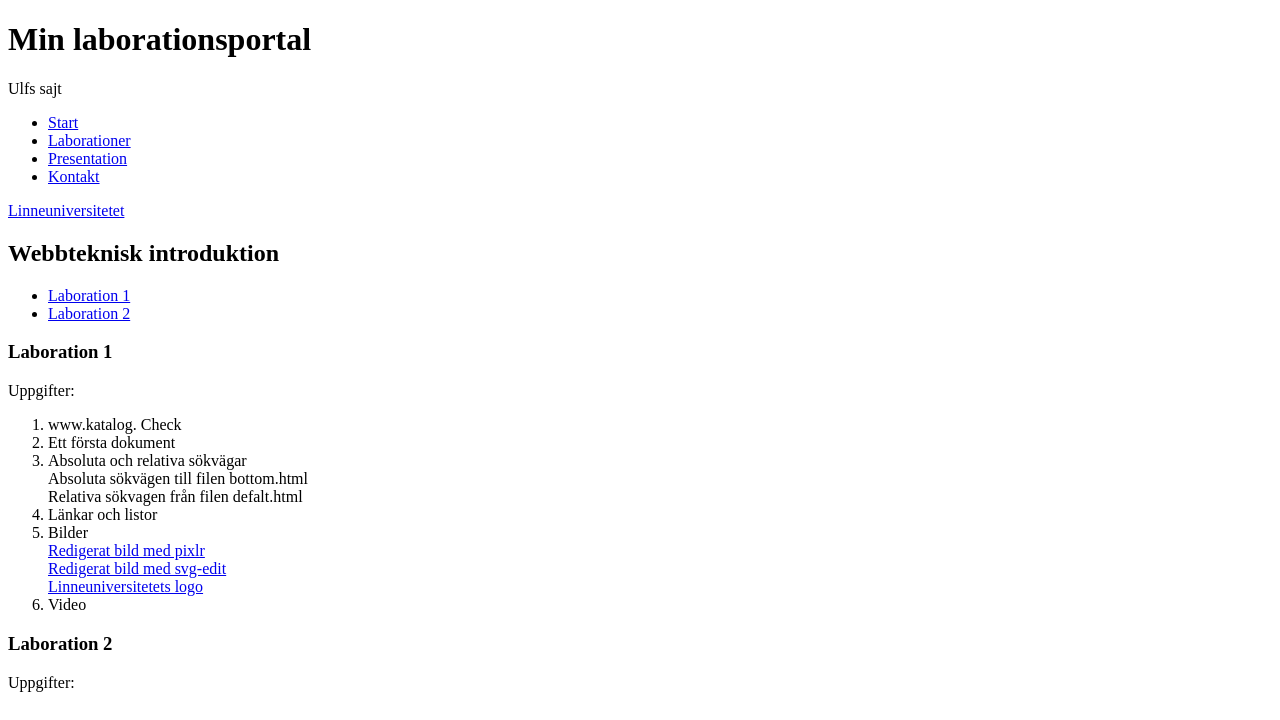
Repository: ulfek/laborationer
Page: pages/laborationer.html
The author's editor kept a record of every edit. The page is drawn from the files as they stood at one moment, then again after the next edit.
The browser window is 1280 px wide. The pictures show the whole page.

Above is the page before.

### pages/laborationer.html
<!doctype html>
    <head>
        <meta charset="utf-8" />
        <title>Laborationer</title>
    </head>
    <body>
        <h1>Min laborationsportal</h1>
        <p>Ulfs sajt</p>
        <ul>
            <li><a href="../index.html">Start</a></li>
            <li><a href="#">Laborationer</a></li>
            <li><a href="presentation.html">Presentation</a></li>
            <li><a href="kontakt.html">Kontakt</a></li>
        </ul>
        <a href="laborationer.html#linneuniversitetet">Linneuniversitetet</a>
        <h2>Webbteknisk introduktion</h2>
        <ul>
            <li><a href="#lab1">Laboration 1</a></li>
            <li><a href= "#lab2">Laboration 2</a></li>
        </ul>
        <h3 id="lab1">Laboration 1</h3>
        Uppgifter:
        <ol>
            <li>www.katalog. Check</li>
            <li>Ett första dokument</li>
            <li>Absoluta och relativa sökvägar</li>
                <div>Absoluta sökvägen till filen bottom.html</div>
                <div>Relativa sökvagen från filen defalt.html</div>
            <li>Länkar och listor</li>
            <li>Bilder</li>
            <div><a href="http://pixlr.com>">Redigerat bild med pixlr</a></div>
            <div><a href="http://svg-edit.googlecode.com/svn/trunk/editor/svg-editor.html">Redigerat bild med svg-edit</a></div>
            <a href="../pics/logo_linneuniversitetet_test.png">Linneuniversitetets logo</a>
            <li>Video</li>
        </ol>

        <h3 id="lab2">Laboration 2</h3>
        Uppgifter:
    </body>
</html>

After the next edit:
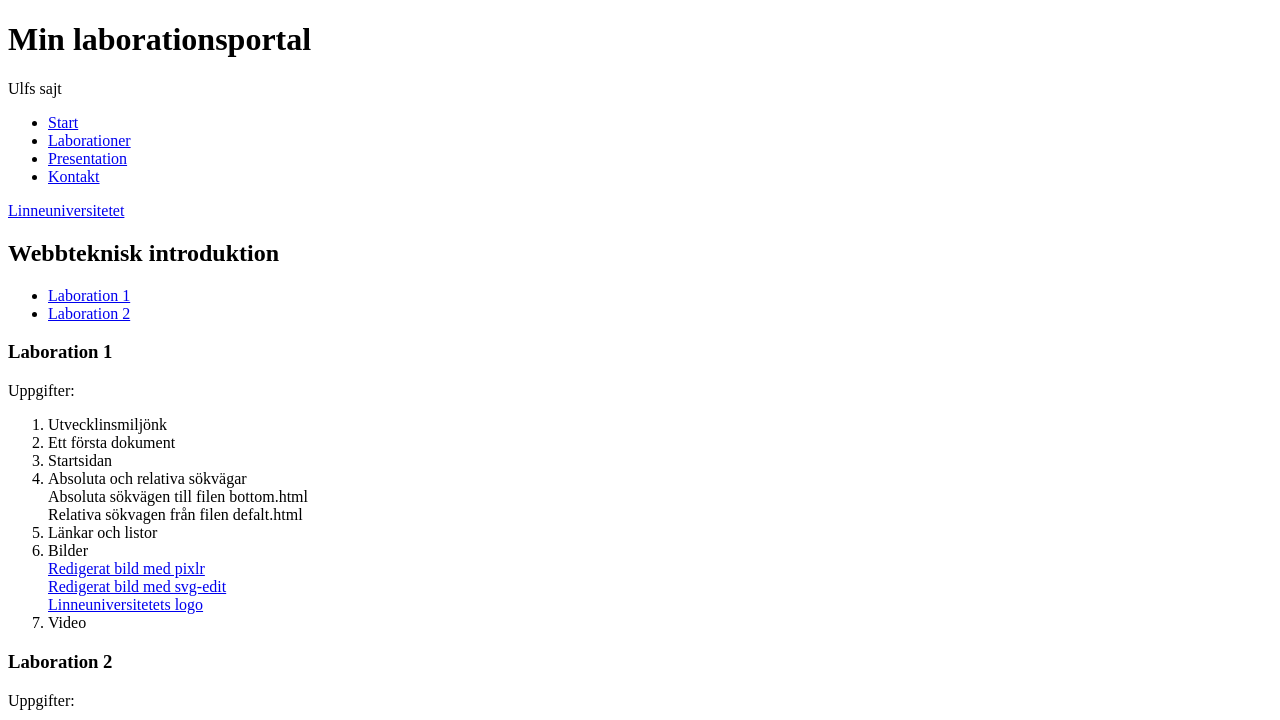
The edit:
--- a/pages/laborationer.html
+++ b/pages/laborationer.html
@@ -21,8 +21,9 @@
         <h3 id="lab1">Laboration 1</h3>
         Uppgifter:
         <ol>
-            <li>www.katalog. Check</li>
+            <li>Utvecklinsmiljönk</li>
             <li>Ett första dokument</li>
+            <li>Startsidan</li>
             <li>Absoluta och relativa sökvägar</li>
                 <div>Absoluta sökvägen till filen bottom.html</div>
                 <div>Relativa sökvagen från filen defalt.html</div>
